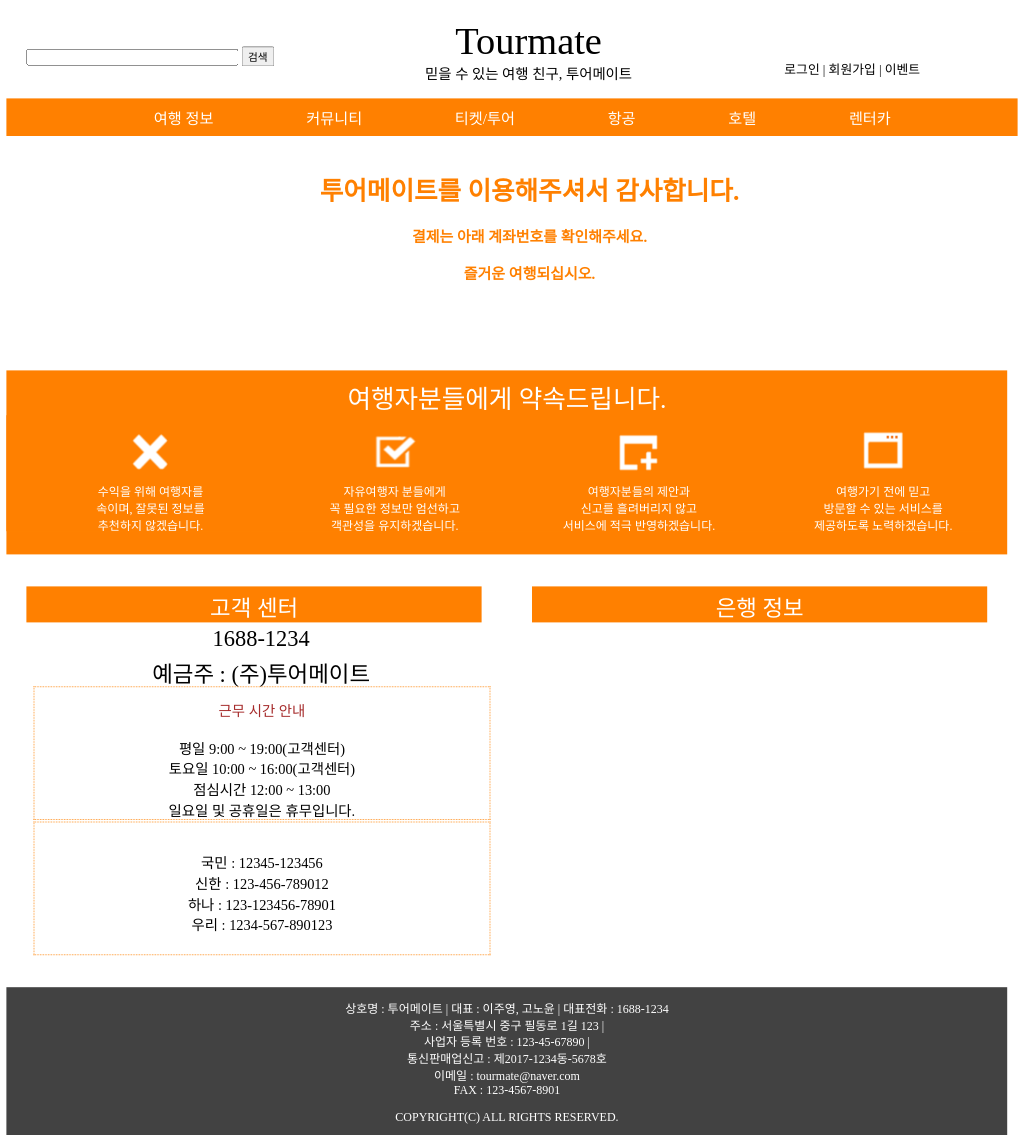
Repository: nohyoonko/2017-2-WP-Tourmate
Page: http://localhost/Tourmate/항공_ok.jsp
An editor plug-in stored every save of this project. The page is shown before and after the next save, followed by the edit.
The browser window is 1280 px wide. The pictures show the whole page, at 80% of full size.
Some web libraries are served in a nearby version. The page is served by Tomcat 9.

Above is the page before, as saved 2017-12-06 13:32:15.

After the next save:
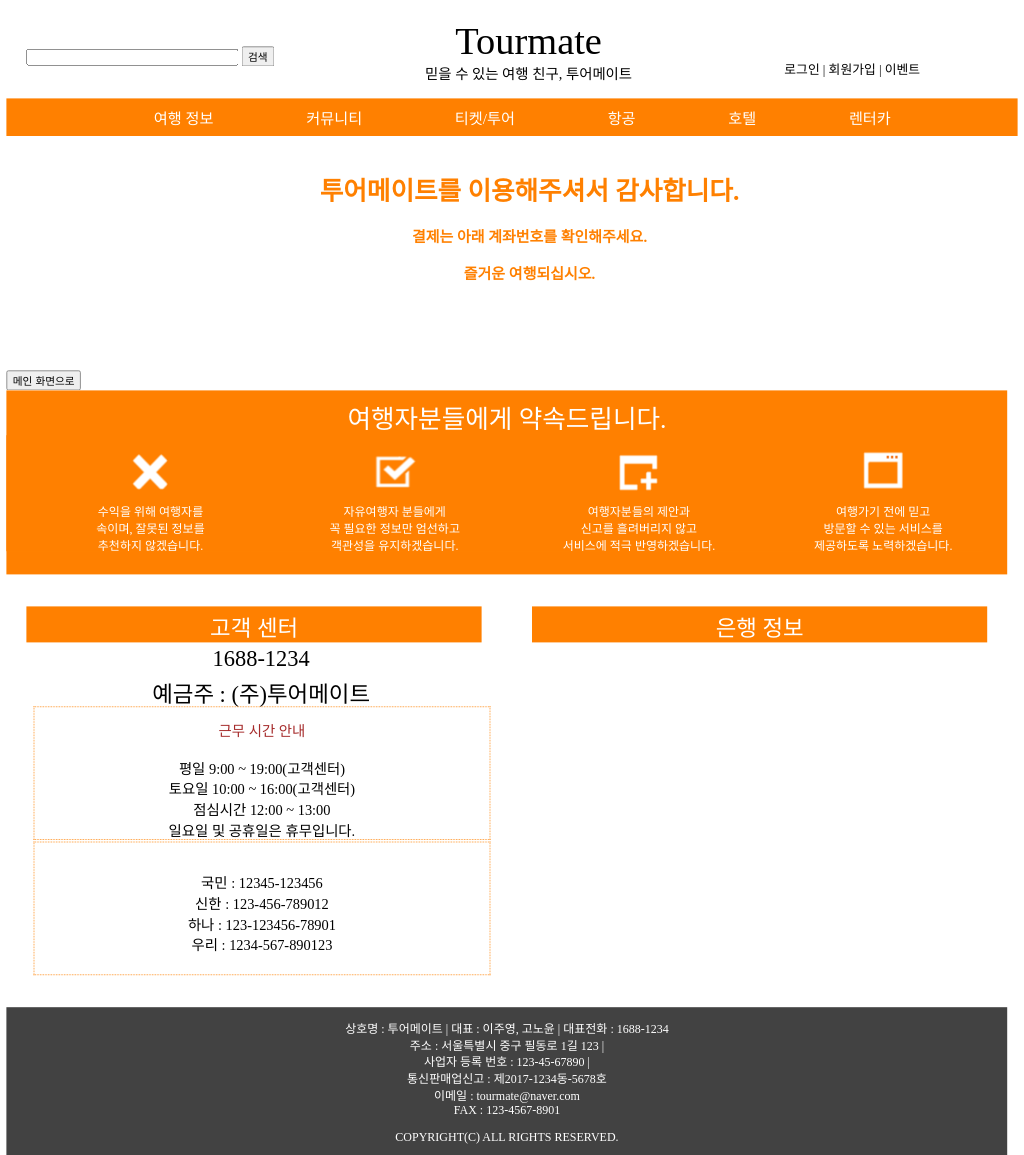
Saved 6 min 51 s later.
--- a/eclipse-workspace/Tourmate/WebContent/항공_ok.jsp
+++ b/eclipse-workspace/Tourmate/WebContent/항공_ok.jsp
@@ -12,6 +12,17 @@
          color:#FF8000;
          margin-left:28%;
       }
+      input.button {
+      	padding:2% 3% 2% 3%;
+      	width:20%;
+      	height:30%;
+      	border-color:transparent;
+      	font-weight:600;
+      	font-size:17px;
+        background:#FF8000;
+        color:white;
+        text-align:center;
+      }
 		</style>
 	</head>
 	<body>
@@ -25,6 +36,9 @@
 			<h3>즐거운 여행되십시오.</h3>
 			</center>
 		</div>
+		<div id="button">
+			<input type="button" value="메인 화면으로" onClick="location.href='투어메이트.html'">
+		</div>
 		<!-- 회사 정보와 약속을 포함한 Footer.jsp 파일을 include -->
 		<jsp:include page="Footer.jsp" flush="false"/>
 	</body>

After the 3 saves that followed:
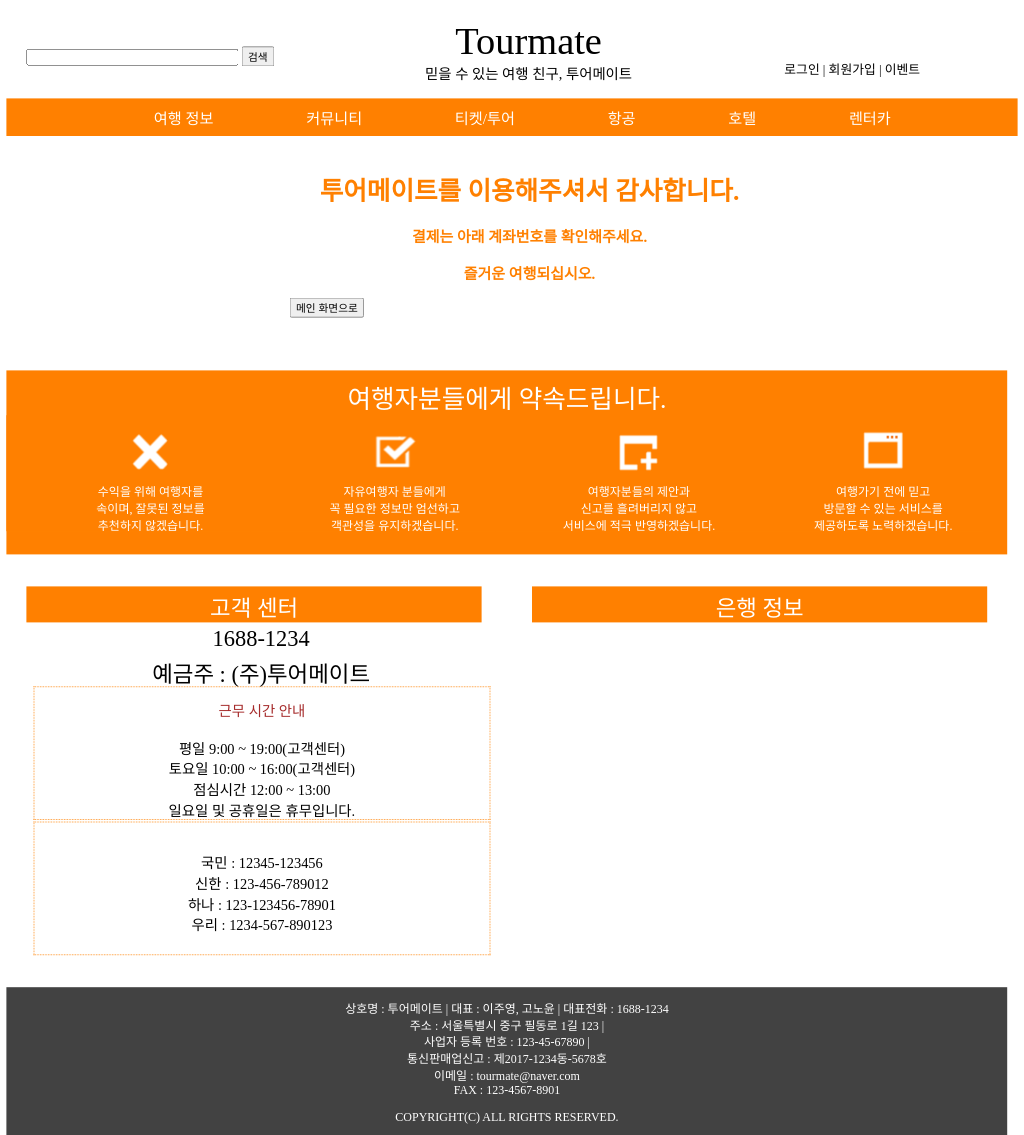
The 3 saves are shown as one change because 2 left the picture as it was.
The last was saved 78 s later.
--- a/eclipse-workspace/Tourmate/WebContent/항공_ok.jsp
+++ b/eclipse-workspace/Tourmate/WebContent/항공_ok.jsp
@@ -35,9 +35,9 @@
 			<h3>결제는 아래 계좌번호를 확인해주세요.</h3>
 			<h3>즐거운 여행되십시오.</h3>
 			</center>
+			<div id="button">
+			<input type="button" value="메인 화면으로" onClick="location.href='투어메이트.html'">
 		</div>
-		<div id="button">
-			<input type="button" value="메인 화면으로" onClick="location.href='투어메이트.html'">
 		</div>
 		<!-- 회사 정보와 약속을 포함한 Footer.jsp 파일을 include -->
 		<jsp:include page="Footer.jsp" flush="false"/>
